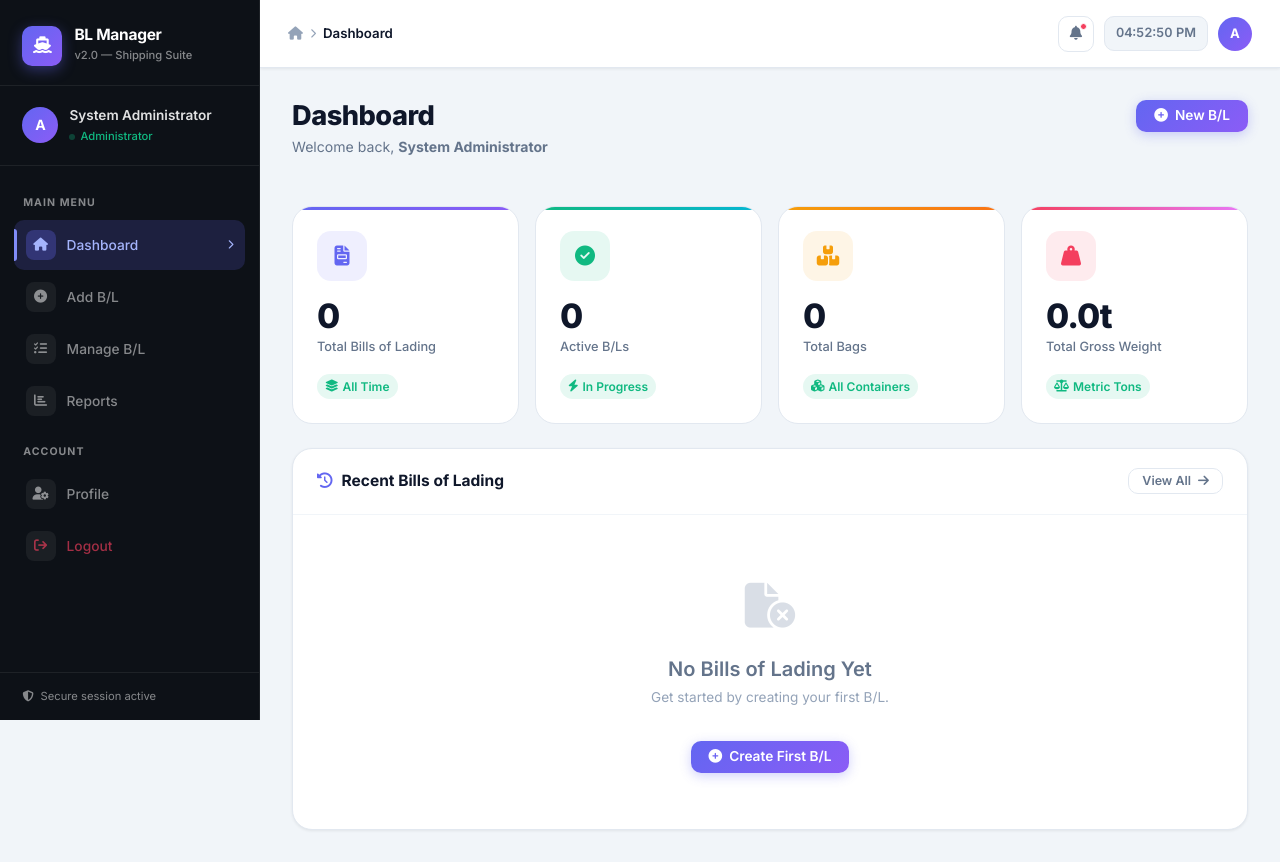
Repository: senteu254/logistics
Page: http://localhost/dashboard.php
The author's editor kept a copy of each file at every save. The page is drawn from the files as they stood at one save, then again after the next save.
The browser window is 1280 px wide. The pictures show the whole page.
The page is run by PHP 8.4 with error messages shown; the project is at /var/www/html/. The session is filled in as if someone had signed in: {"user_id": 1, "username": "admin", "full_name": "System Administrator"}. The database holds what the project's SQL file puts in it. Queries for data that is not in the repository find no rows.

Above is the page before, as saved 2026-05-12 17:54:33.

After the next save:
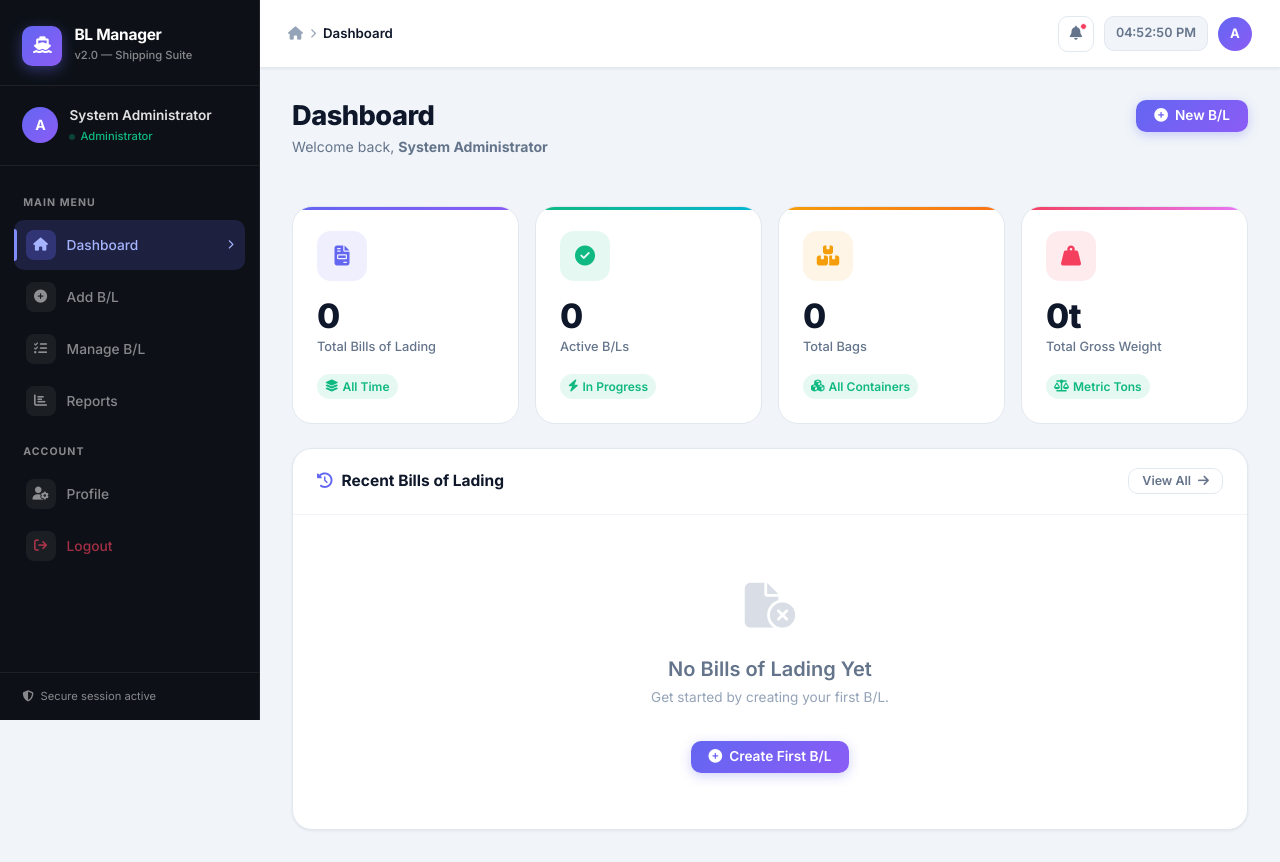
Saved 2 min 23 s later.
--- a/dashboard.php
+++ b/dashboard.php
@@ -64,7 +64,7 @@ $recent = $pdo->query("
     <div class="col-xl-3 col-sm-6">
         <div class="stat-card c-rose">
             <div class="stat-ico c-rose"><i class="fas fa-weight-hanging"></i></div>
-            <div class="stat-val"><?php echo number_format($total_gw/1000,1); ?>t</div>
+            <div class="stat-val"><?php echo number_format($total_gw); ?>t</div>
             <div class="stat-lbl">Total Gross Weight</div>
             <span class="stat-badge"><i class="fas fa-scale-balanced"></i> Metric Tons</span>
         </div>
